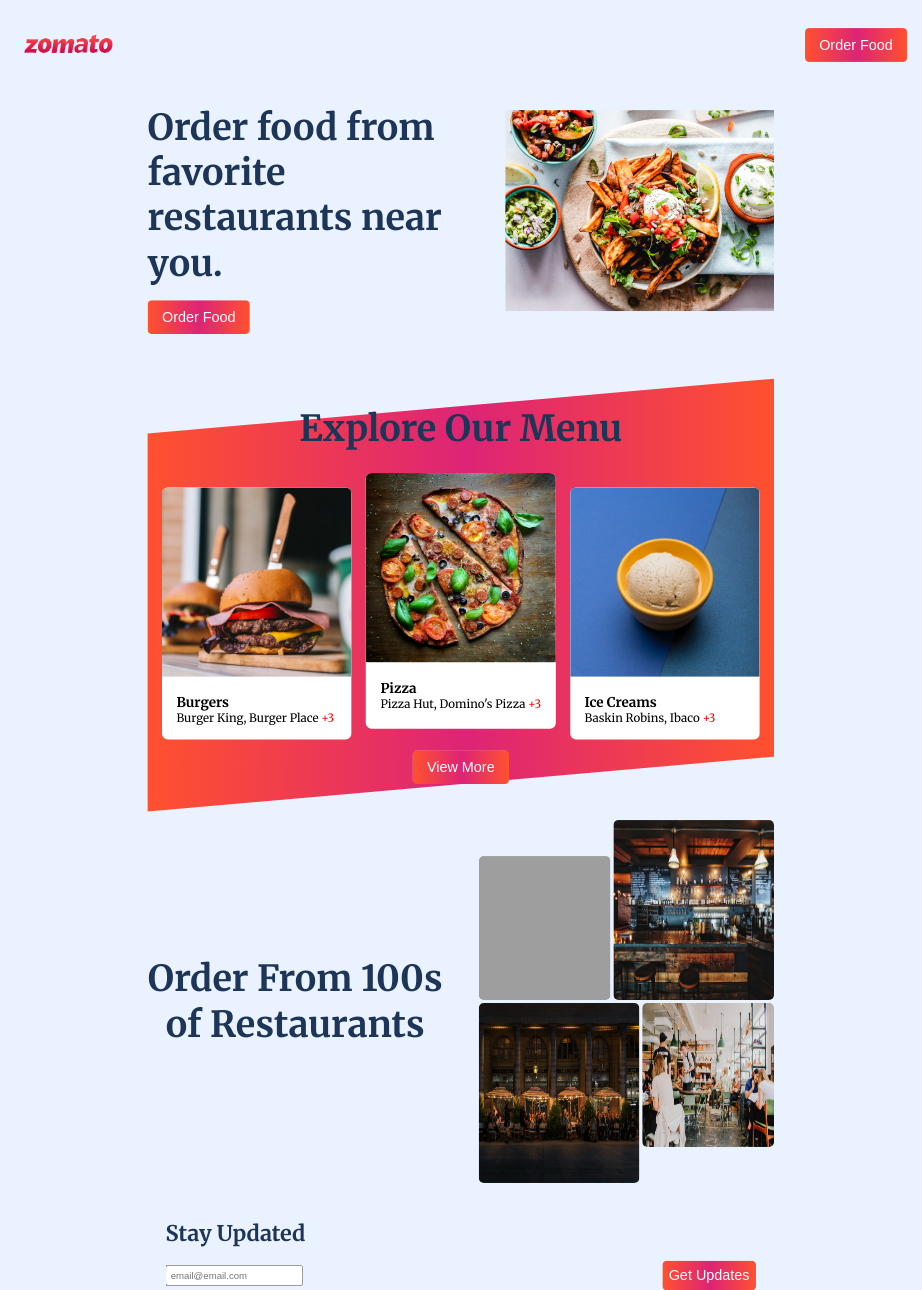
Repository: srush-shah/LandingPage-Project-ShapeAI
Page: index.html
These files come from the project's save history. The page is drawn as it stood at one moment and after a run of saves; the edit follows.
The browser window is 1280 px wide. The pictures show the whole page, at 72% of full size.
Pictures or frames that could not be fetched are drawn as grey boxes.

Above is the page before, as saved 2021-09-21 18:24:48.

After the next 2 saves:
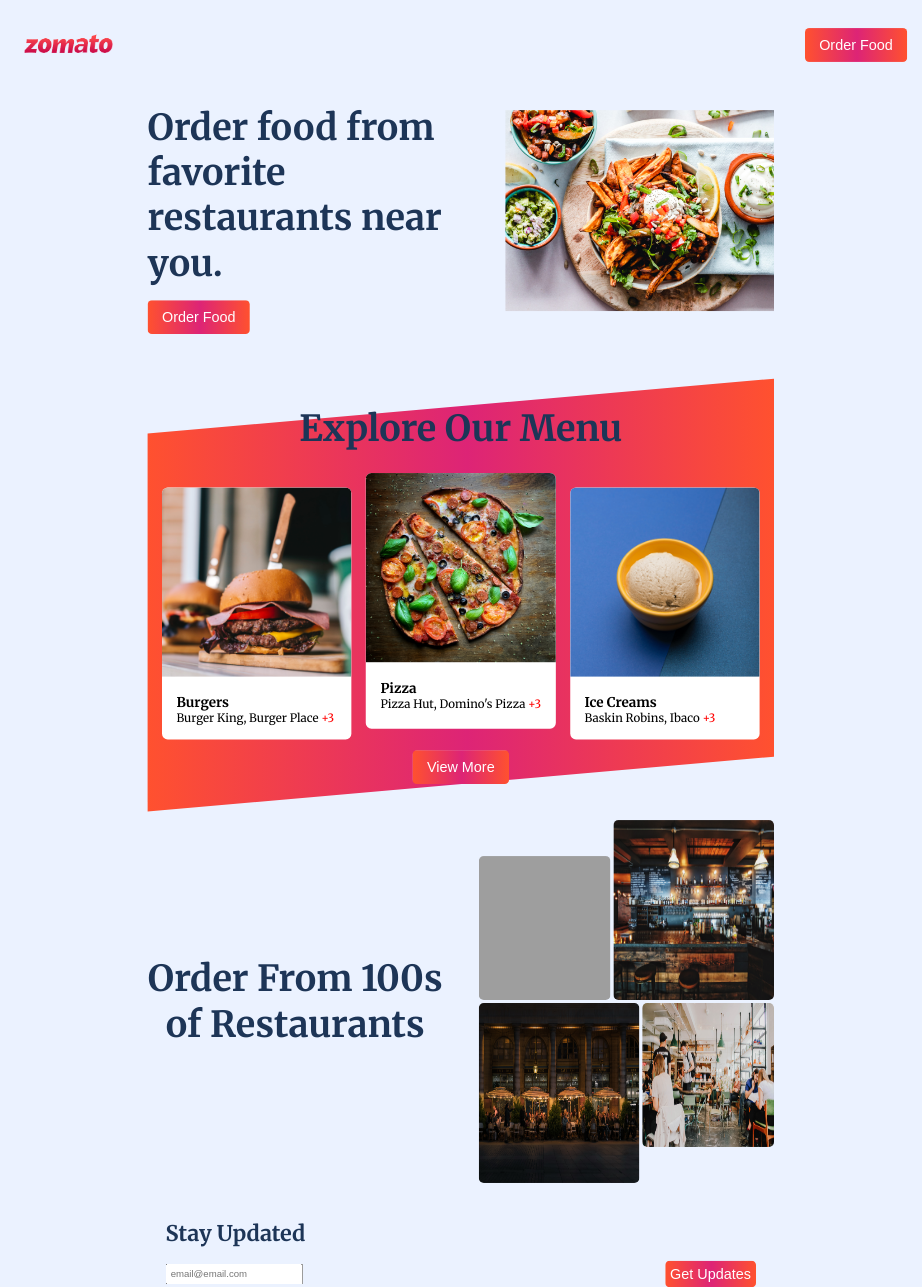
The 2 saves are shown as one change because they came seconds apart.
The last was saved 8 s later.
--- a/style.css
+++ b/style.css
@@ -168,7 +168,7 @@
 }
 
 .subscribe .button-primary {
-  padding: 9px;
+  padding: 7px;
 }
 
 @media (min-width: 768px) {
